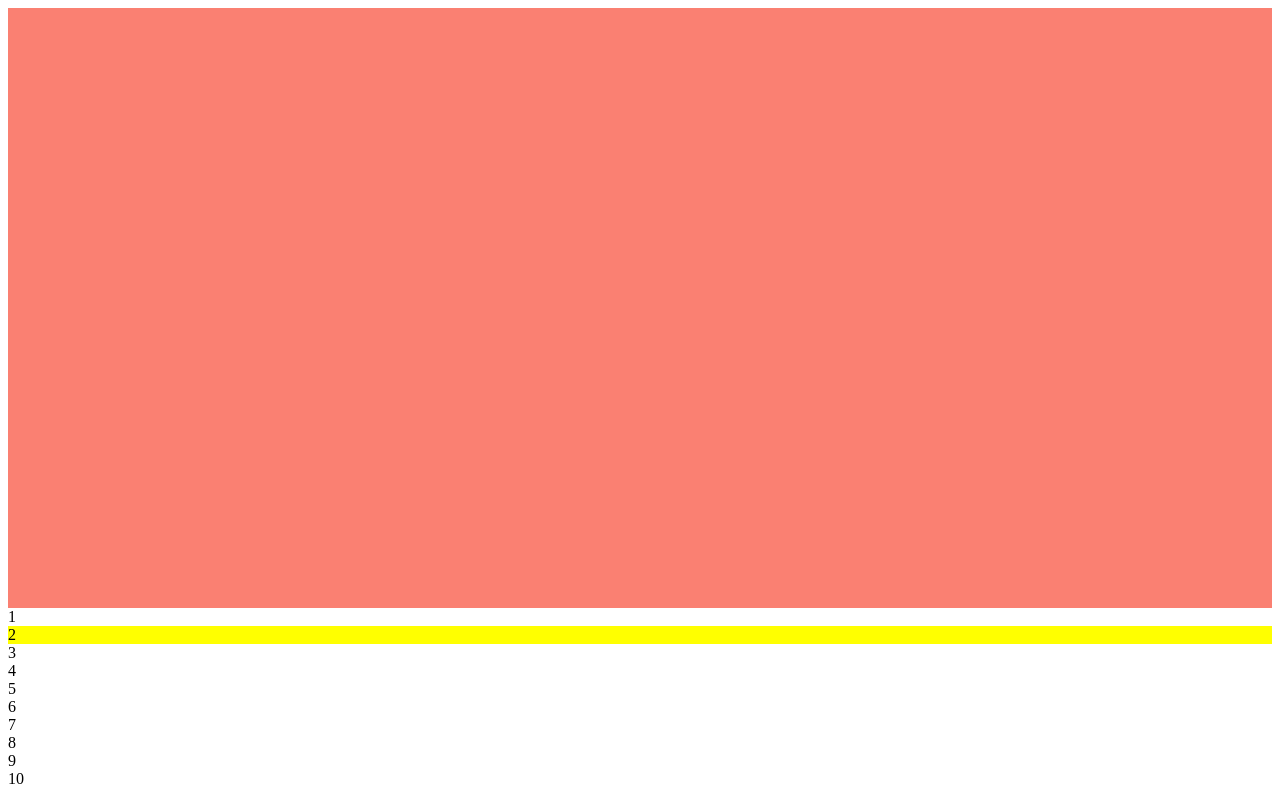
Repository: DinkarRavi/Dinkar_Coding
Page: 22aug24/grid.html
These files come from the project's save history. The page is drawn as it stood at one moment and after the next save; the edit follows.
The browser window is 1280 px wide. The pictures show the whole page.

Above is the page before, as saved 2024-08-22 14:53:07.

### 22aug24/grid.html
<!DOCTYPE html>
<html lang="en">
<head>
    <meta charset="UTF-8">
    <meta name="viewport" content="width=device-width, initial-scale=1.0">
    <title>Document</title>
    <link rel="stylesheet" href="grid.css">
</head>
<body>
    <div>
        <div id="parent"></div>
        <div>1</div>
        <div>2</div>
        <div>3</div>
        <div>4</div>
        <div>5</div>
        <div>6</div>
        <div>7</div>
        <div>8</div>
        <div>9</div>
        <div>10</div>

    </div>
</body>
</html>

### 22aug24/grid.css

div{
#parent{
border: 2px;
background-color: salmon;
height: 600px;
}
div /* Selects the second element of div siblings */
div:nth-child(2) {
  background: red;
}

/* Selects the second li element in a list */
li:nth-child(2) {
  background: lightgreen;
}

/* Selects every third element among any group of siblings */
:nth-child(3) {
  background: yellow;
}
}

After the next save:
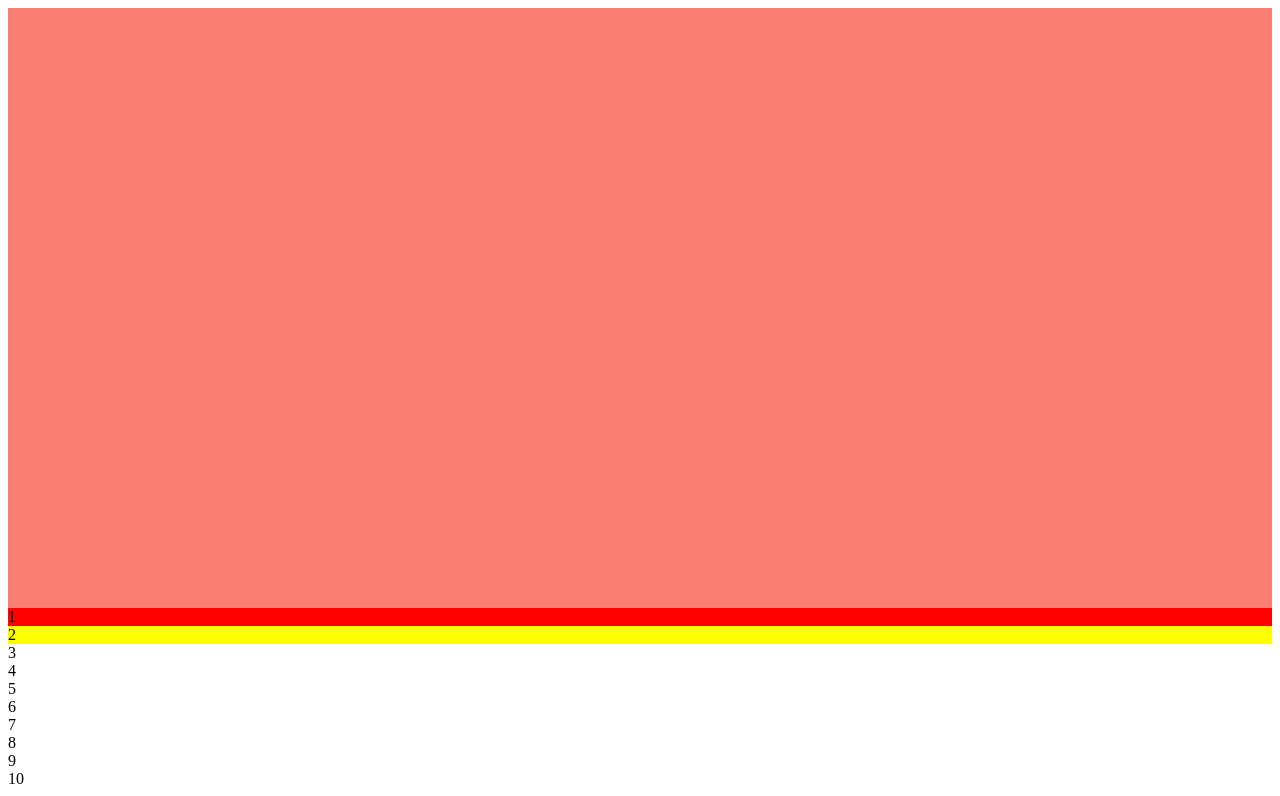
Saved 4 s later.
--- a/22aug24/grid.css
+++ b/22aug24/grid.css
@@ -5,7 +5,7 @@
 background-color: salmon;
 height: 600px;
 }
-div /* Selects the second element of div siblings */
+/* Selects the second element of div siblings */
 div:nth-child(2) {
   background: red;
 }

After the 4 saves that followed:
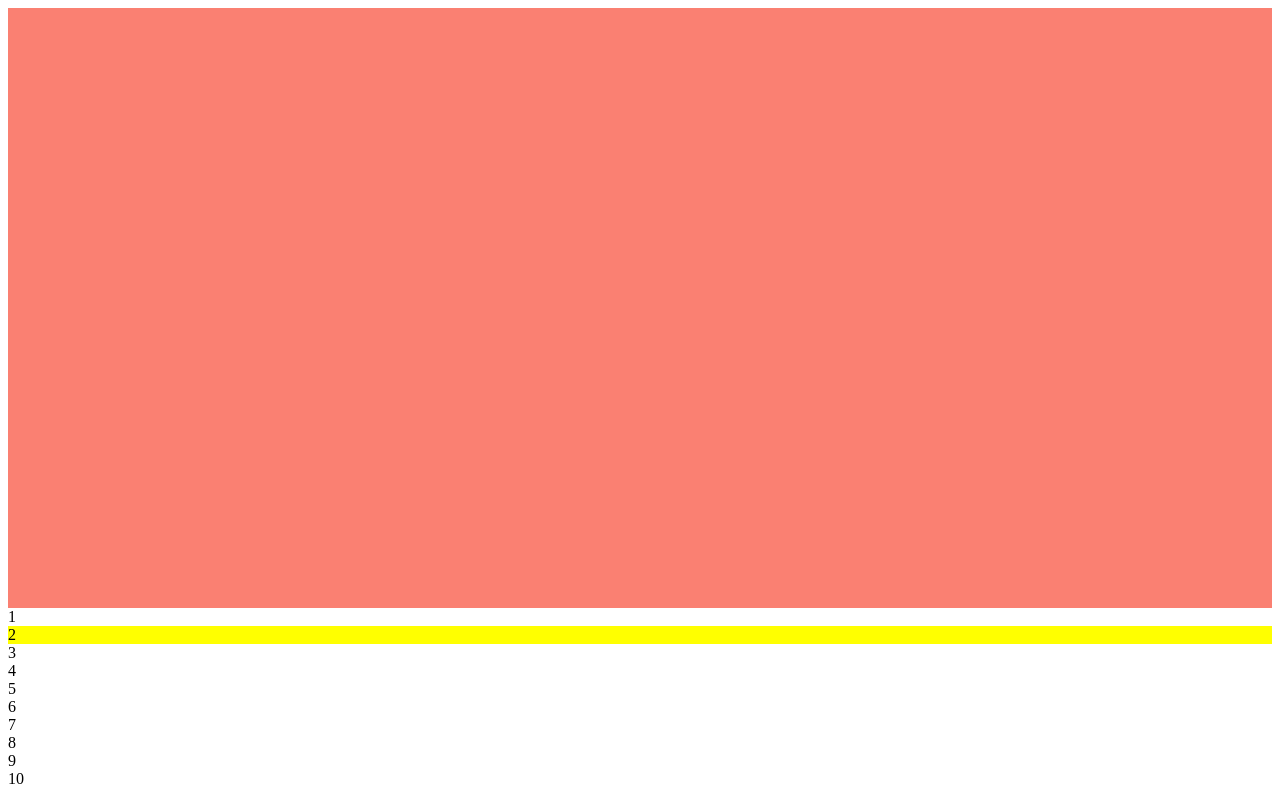
The 4 saves are shown as one change because 2 left the picture as it was and some came seconds apart.
The last was saved 63 s later.
--- a/22aug24/grid.css
+++ b/22aug24/grid.css
@@ -5,17 +5,17 @@
 background-color: salmon;
 height: 600px;
 }
-/* Selects the second element of div siblings */
-div:nth-child(2) {
+
+div:nth-child(1) {
   background: red;
 }
 
-/* Selects the second li element in a list */
+
 li:nth-child(2) {
   background: lightgreen;
 }
 
-/* Selects every third element among any group of siblings */
+
 :nth-child(3) {
   background: yellow;
 }
